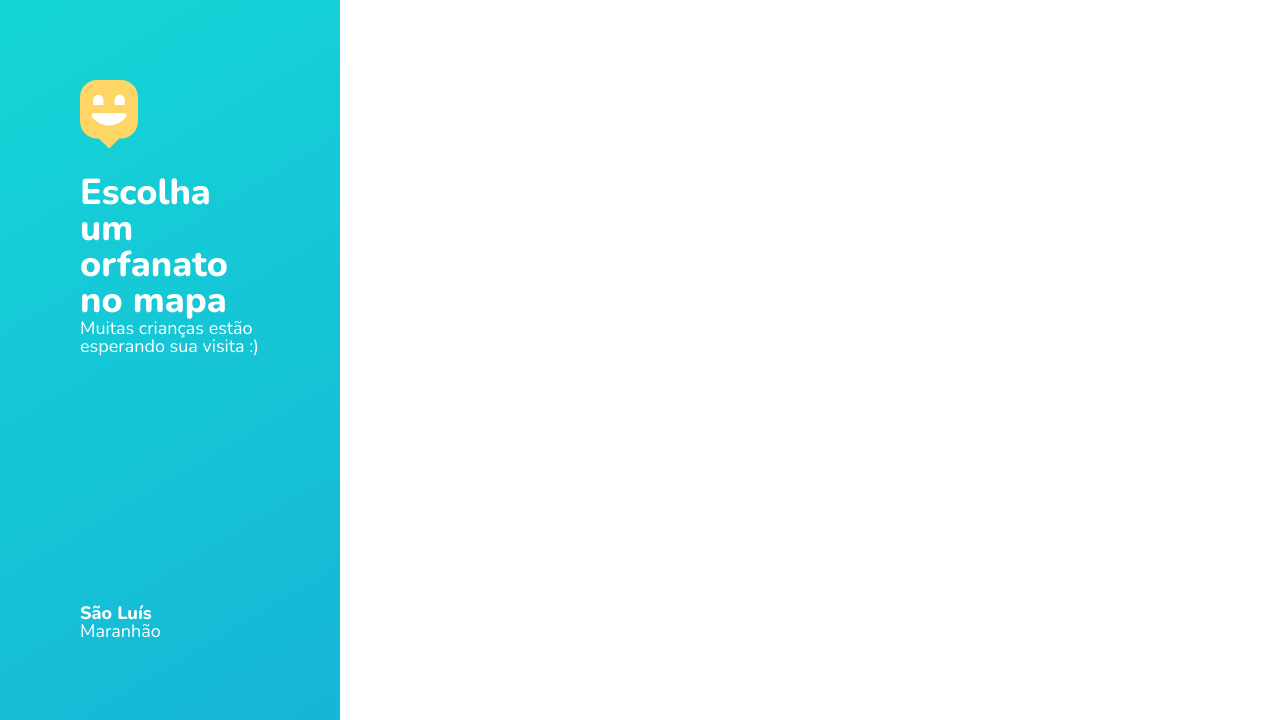
Repository: SrtaPoe/nlw
Page: orphanages.html
An editor plug-in stored every save of this project. The page is shown before and after the next save, followed by the edit.
The browser window is 1280 px wide. The pictures show the whole page.

Above is the page before, as saved 2020-10-15 13:49:12.

After the next save:
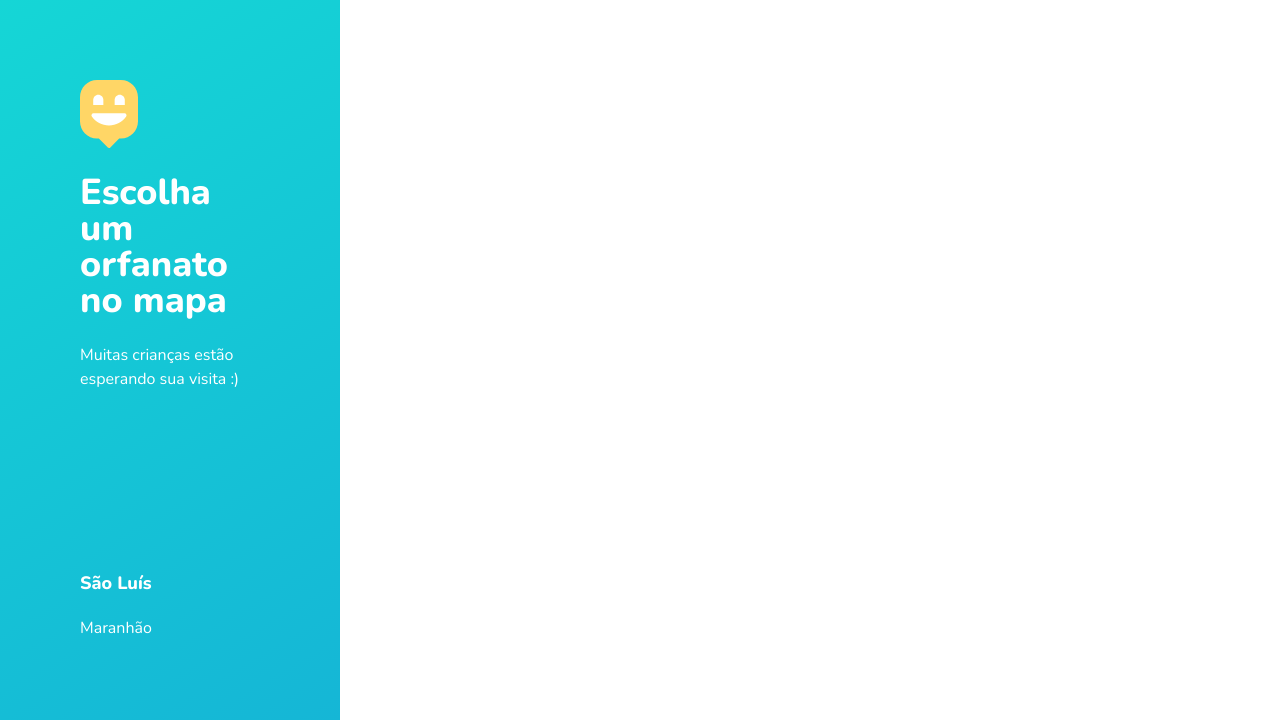
Saved 4 min 33 s later.
--- a/public/css/page-orphanages.css
+++ b/public/css/page-orphanages.css
@@ -17,3 +17,8 @@
     margin-top: 2.4rem;
     font: 800 3.6rem/1 'Nunito', sans serif;
 }
+
+aside p {
+    margin-top: 2.4rem;
+    font: 400 1.6rem/1.5 'Nunito', sans serif;
+}
